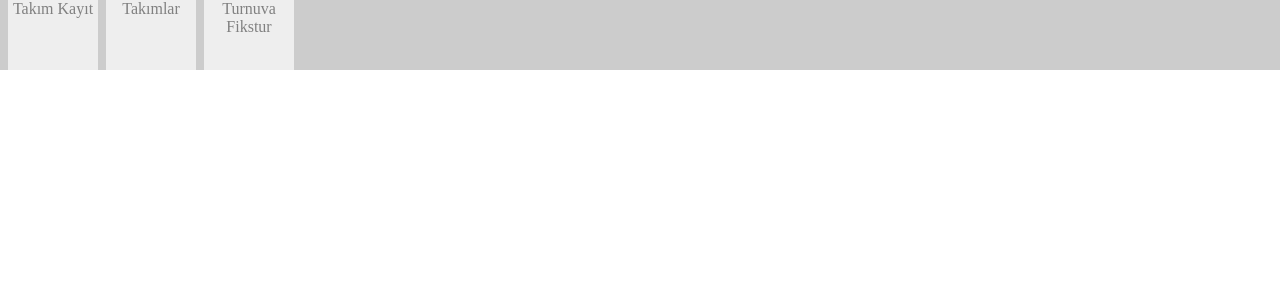
Repository: oktembaris77/internet_final
Page: http://localhost/internetfinal/
An editor plug-in stored every save of this project. The page is shown before and after the next save, followed by the edit.
The browser window is 1280 px wide. The pictures show the whole page.
The page is served by Tomcat 9.

Above is the page before, as saved 2020-05-11 19:29:29.

After the next save:
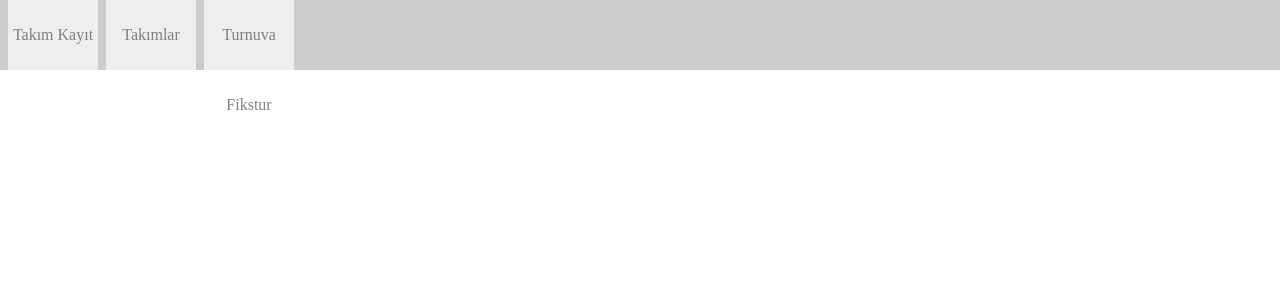
Saved 22 s later.
--- a/internetfinal/WebContent/index.jsp
+++ b/internetfinal/WebContent/index.jsp
@@ -30,7 +30,7 @@ text-align:center;
 margin-left:8px;
 text-decoration:none;
 box-sizing:border-box;
-text-valign:center;
+line-height:70px;
 float:left;
 }
 
